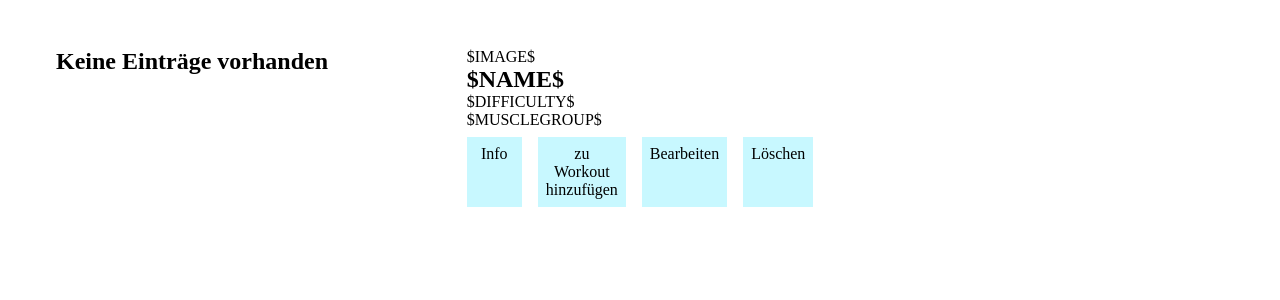
Repository: KIThubber/Fitnesstagebuch
Page: Frontend/src/page-list/page-list.html
The author's editor kept a copy of each file at every save. The page is drawn from the files as they stood at one save, then again after the next save.
The browser window is 1280 px wide. The pictures show the whole page.

Above is the page before, as saved 2022-05-08 17:19:42.

### Frontend/src/page-list/page-list.html
<!-- Stylesheet der Seite -->
<style>
    /* LISTENEINTRÄGE */
    main{
        margin: 1em;
    }
    main ol {
        list-style: none;
        margin: 0;
        padding: 0;
        border:20px #F2F2F2;
    }

    main li {
        margin: 1em;
        padding: 1em;

        background-color: white;
        border-radius: 20px 20px 20px 20px;
    }

    main li:hover {
        background-color: #C8F8FF;
    }

    main .name {
        font-size: 150%;
        font-weight: bold;
    }

    /* AKTIONSBUTTONS */
    main .actions {
        display: flex;
        justify-content: space-between;
    }

    main .actions > div {
        padding: 0.5em;
        margin: 0.5em;

        background-color: #C8F8FF;

        flex: 1;
        text-align: center;
    }

    main .actions > div:first-child {
        margin-left: 0;
    }

    main .actions > div:last-child {
        margin-right: 0;
    }

    main .actions > div:hover {
        background-color: white;
        text-decoration: none;
        cursor: pointer;
    }

    @media (min-width: 900px) {
    /*iPad*/
      ol {
        display: grid;
        grid-template-columns: 1fr 1fr;
      }
  }

  @media (min-width: 1194px) {
    /*display groß*/
      ol {
        display: grid;
        grid-template-columns: 1fr 1fr 1fr;
      }
  }
</style>

<!-- Inhalt der Seite -->
<main>
    <ol>
        <!-- Platzhalter für eine leere Liste -->
        <li class="empty-placeholder">
            <div class="name">
                Keine Einträge vorhanden
            </div>
        </li>

        <!-- Vorlage für einen Eintrag in der Liste -->

        <li class="list-entry" data-id="$ID$">
            <div class="field phone">
                $IMAGE$
            </div>
            <div class="name">
                $NAME$
            </div>
            <div class="field email">
                $DIFFICULTY$
            </div>
            <div class="field email">
                $MUSCLEGROUP$
            </div>
            <div class="actions">
                <div class="action description">
                    <a>Info</a>
                </div>
                <div class="action addToWorkout">
                    <a> zu Workout hinzufügen </a>
                </div>
                <div class="action edit">
                    <a>Bearbeiten</a>
                </div>
                <div class="action delete">
                    <a>Löschen</a>
                </div>
            </div>
        </div>
        </li>

    </ol>
</main>

After the next save:
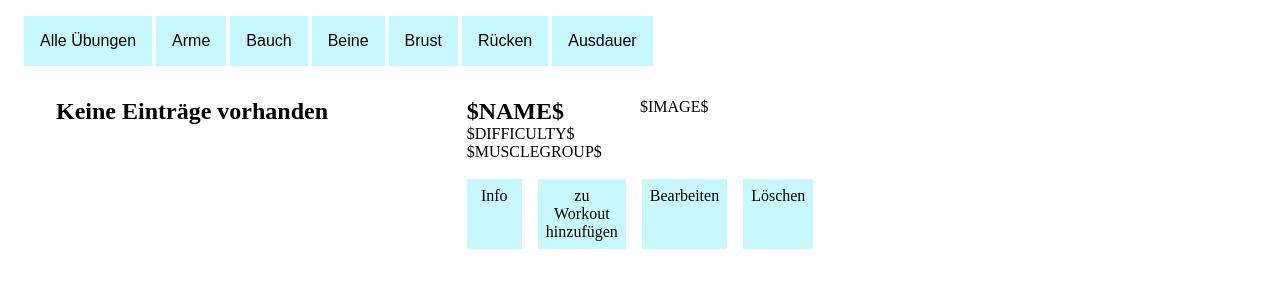
Saved 3 min 5 s later.
--- a/Frontend/src/page-list/page-list.html
+++ b/Frontend/src/page-list/page-list.html
@@ -1,5 +1,29 @@
 <!-- Stylesheet der Seite -->
 <style>
+    /* Layout Box */
+    .info{
+        display: grid;
+        grid-template-columns: 1fr 1fr;
+        grid-template-areas:
+        "a b"
+        "c b"
+        "d b";
+    }
+
+    .name{
+        grid-area:a;
+    }
+    .difficulty{
+        grid-area:c;
+    }
+    .musclegroup{
+        grid-area:d;
+    }
+    .image{
+        grid-area:b;
+    }
+
+
     /* LISTENEINTRÄGE */
     main{
         margin: 1em;
@@ -30,8 +54,10 @@
 
     /* AKTIONSBUTTONS */
     main .actions {
+        padding-top: 10px;
         display: flex;
-        justify-content: space-between;
+        flex-direction: row;
+        /* justify-content: space-between; */
     }
 
     main .actions > div {
@@ -73,10 +99,32 @@
         grid-template-columns: 1fr 1fr 1fr;
       }
   }
+  button{
+      background-color: #C8F8FF;
+      border: none;
+      padding: 1em;
+      font-size: 12pt;
+  }
 </style>
 
 <!-- Inhalt der Seite -->
 <main>
+    <div class="filter">
+            <div class="filter">
+                <button class="all" >Alle Übungen</button>
+                <button class="arme" > Arme</button>
+                <button class="bauch" > Bauch</button>
+                <button class="beine" > Beine</button>
+                <button class="brust" > Brust</button>
+                <button class="rücken" > Rücken</button>
+                <button class="ausdauer" > Ausdauer</button>
+            </div>
+        </div>
+        </li>
+
+    </div>
+
+
     <ol>
         <!-- Platzhalter für eine leere Liste -->
         <li class="empty-placeholder">
@@ -88,18 +136,21 @@
         <!-- Vorlage für einen Eintrag in der Liste -->
 
         <li class="list-entry" data-id="$ID$">
-            <div class="field phone">
-                $IMAGE$
+            <div class="info">
+                <div class="name">
+                    $NAME$
+                </div>
+                <div class="difficulty">
+                    $DIFFICULTY$
+                </div>
+                <div class="musclegroup">
+                    $MUSCLEGROUP$
+                </div>
+                <div class="image">
+                    $IMAGE$
+                </div>
             </div>
-            <div class="name">
-                $NAME$
-            </div>
-            <div class="field email">
-                $DIFFICULTY$
-            </div>
-            <div class="field email">
-                $MUSCLEGROUP$
-            </div>
+
             <div class="actions">
                 <div class="action description">
                     <a>Info</a>
@@ -114,7 +165,7 @@
                     <a>Löschen</a>
                 </div>
             </div>
-        </div>
+
         </li>
 
     </ol>
